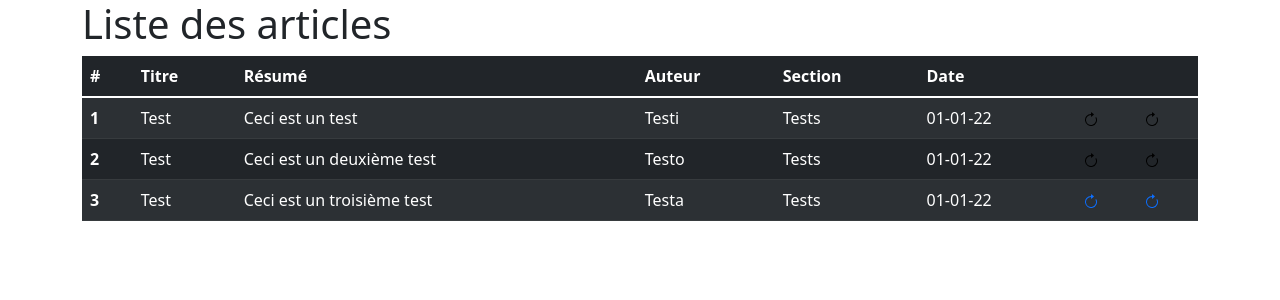
Repository: QuentinFayt/NewsWeb
Page: sources/adminNewsWeb/articlesList.html
An editor plug-in stored every save of this project. The page is shown before and after the next save, followed by the edit.
The browser window is 1280 px wide. The pictures show the whole page.

Above is the page before, as saved 2021-12-23 12:01:29.

### sources/adminNewsWeb/articlesList.html
<!doctype html>
<html lang="fr">

<head>
    <meta charset="utf-8">
    <meta name="viewport" content="width=device-width, initial-scale=1">
    <link href="https://cdn.jsdelivr.net/npm/bootstrap@5.1.3/dist/css/bootstrap.min.css" rel="stylesheet" integrity="sha384-1BmE4kWBq78iYhFldvKuhfTAU6auU8tT94WrHftjDbrCEXSU1oBoqyl2QvZ6jIW3" crossorigin="anonymous">
    <title>Liste des articles</title>
</head>

<body>
    <main class="container">
        <h1>Liste des articles</h1>
        <table class="table table-dark table-striped">
            <thead>
                <tr>
                    <th scope="col">#</th>
                    <th scope="col">Titre</th>
                    <th scope="col">Résumé</th>
                    <th scope="col">Auteur</th>
                    <th scope="col">Section</th>
                    <th scope="col">Date</th>
                    <th scope="col"></th>
                    <th scope="col"></th>
                </tr>
            </thead>
            <tbody>
                <tr>
                    <th scope="row">1</th>
                    <td>Test</td>
                    <td>Ceci est un test</td>
                    <td>Testi</td>
                    <td>Tests</td>
                    <td>01-01-22</td>
                    <td><a href=""><svg xmlns="http://www.w3.org/2000/svg" width="16" height="16" fill="dark" class="bi bi-arrow-clockwise" viewBox="0 0 16 16">
                                <path fill-rule="evenodd" d="M8 3a5 5 0 1 0 4.546 2.914.5.5 0 0 1 .908-.417A6 6 0 1 1 8 2v1z" />
                                <path d="M8 4.466V.534a.25.25 0 0 1 .41-.192l2.36 1.966c.12.1.12.284 0 .384L8.41 4.658A.25.25 0 0 1 8 4.466z" />
                            </svg></a></td>
                    <td><a href=""><svg xmlns="http://www.w3.org/2000/svg" width="16" height="16" fill="dark" class="bi bi-arrow-clockwise" viewBox="0 0 16 16">
                                <path fill-rule="evenodd" d="M8 3a5 5 0 1 0 4.546 2.914.5.5 0 0 1 .908-.417A6 6 0 1 1 8 2v1z" />
                                <path d="M8 4.466V.534a.25.25 0 0 1 .41-.192l2.36 1.966c.12.1.12.284 0 .384L8.41 4.658A.25.25 0 0 1 8 4.466z" />
                            </svg></a></td>
                </tr>
                <tr>
                    <th scope="row">2</th>
                    <td>Test</td>
                    <td>Ceci est un deuxième test</td>
                    <td>Testo</td>
                    <td>Tests</td>
                    <td>01-01-22</td>
                    <td><a href=""><svg xmlns="http://www.w3.org/2000/svg" width="16" height="16" fill="dark" class="bi bi-arrow-clockwise" viewBox="0 0 16 16">
                                <path fill-rule="evenodd" d="M8 3a5 5 0 1 0 4.546 2.914.5.5 0 0 1 .908-.417A6 6 0 1 1 8 2v1z" />
                                <path d="M8 4.466V.534a.25.25 0 0 1 .41-.192l2.36 1.966c.12.1.12.284 0 .384L8.41 4.658A.25.25 0 0 1 8 4.466z" />
                            </svg></a></td>
                    <td><a href=""><svg xmlns="http://www.w3.org/2000/svg" width="16" height="16" fill="dark" class="bi bi-arrow-clockwise" viewBox="0 0 16 16">
                                <path fill-rule="evenodd" d="M8 3a5 5 0 1 0 4.546 2.914.5.5 0 0 1 .908-.417A6 6 0 1 1 8 2v1z" />
                                <path d="M8 4.466V.534a.25.25 0 0 1 .41-.192l2.36 1.966c.12.1.12.284 0 .384L8.41 4.658A.25.25 0 0 1 8 4.466z" />
                            </svg></a></td>
                </tr>
                <tr>
                    <th scope="row">3</th>
                    <td>Test</td>
                    <td>Ceci est un troisième test</td>
                    <td>Testa</td>
                    <td>Tests</td>
                    <td>01-01-22</td>
                    <td><a href=""><svg xmlns="http://www.w3.org/2000/svg" width="16" height="16" fill="currentColor" class="bi bi-arrow-clockwise" viewBox="0 0 16 16">
                                <path fill-rule="evenodd" d="M8 3a5 5 0 1 0 4.546 2.914.5.5 0 0 1 .908-.417A6 6 0 1 1 8 2v1z" />
                                <path d="M8 4.466V.534a.25.25 0 0 1 .41-.192l2.36 1.966c.12.1.12.284 0 .384L8.41 4.658A.25.25 0 0 1 8 4.466z" />
                            </svg></a></td>
                    <td><a href=""><svg xmlns="http://www.w3.org/2000/svg" width="16" height="16" fill="currentColor" class="bi bi-arrow-clockwise" viewBox="0 0 16 16">
                                <path fill-rule="evenodd" d="M8 3a5 5 0 1 0 4.546 2.914.5.5 0 0 1 .908-.417A6 6 0 1 1 8 2v1z" />
                                <path d="M8 4.466V.534a.25.25 0 0 1 .41-.192l2.36 1.966c.12.1.12.284 0 .384L8.41 4.658A.25.25 0 0 1 8 4.466z" />
                            </svg></a></td>
                </tr>
            </tbody>
        </table>
    </main>
    <script src="https://cdn.jsdelivr.net/npm/bootstrap@5.1.3/dist/js/bootstrap.bundle.min.js" integrity="sha384-ka7Sk0Gln4gmtz2MlQnikT1wXgYsOg+OMhuP+IlRH9sENBO0LRn5q+8nbTov4+1p" crossorigin="anonymous"></script>
</body>

</html>

After the next save:
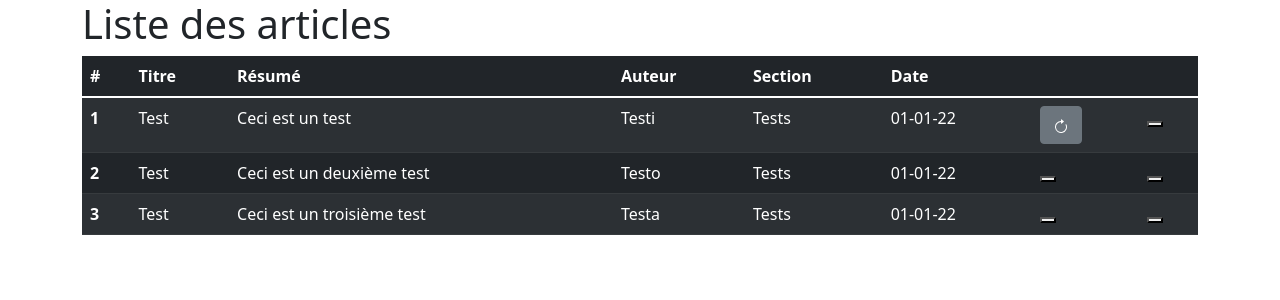
Saved 62 s later.
--- a/sources/adminNewsWeb/articlesList.html
+++ b/sources/adminNewsWeb/articlesList.html
@@ -32,14 +32,13 @@
                     <td>Testi</td>
                     <td>Tests</td>
                     <td>01-01-22</td>
-                    <td><a href=""><svg xmlns="http://www.w3.org/2000/svg" width="16" height="16" fill="dark" class="bi bi-arrow-clockwise" viewBox="0 0 16 16">
-                                <path fill-rule="evenodd" d="M8 3a5 5 0 1 0 4.546 2.914.5.5 0 0 1 .908-.417A6 6 0 1 1 8 2v1z" />
-                                <path d="M8 4.466V.534a.25.25 0 0 1 .41-.192l2.36 1.966c.12.1.12.284 0 .384L8.41 4.658A.25.25 0 0 1 8 4.466z" />
-                            </svg></a></td>
-                    <td><a href=""><svg xmlns="http://www.w3.org/2000/svg" width="16" height="16" fill="dark" class="bi bi-arrow-clockwise" viewBox="0 0 16 16">
-                                <path fill-rule="evenodd" d="M8 3a5 5 0 1 0 4.546 2.914.5.5 0 0 1 .908-.417A6 6 0 1 1 8 2v1z" />
-                                <path d="M8 4.466V.534a.25.25 0 0 1 .41-.192l2.36 1.966c.12.1.12.284 0 .384L8.41 4.658A.25.25 0 0 1 8 4.466z" />
-                            </svg></a></td>
+                    <td><button type="button" class="btn btn-secondary">
+                            <svg xmlns="http://www.w3.org/2000/svg" width="16" height="16" fill="currentColor" class="bi bi-arrow-clockwise" viewBox="0 0 16 16">
+                                <path fill-rule="evenodd" d="M8 3a5 5 0 1 0 4.546 2.914.5.5 0 0 1 .908-.417A6 6 0 1 1 8 2v1z"></path>
+                                <path d="M8 4.466V.534a.25.25 0 0 1 .41-.192l2.36 1.966c.12.1.12.284 0 .384L8.41 4.658A.25.25 0 0 1 8 4.466z"></path>
+                            </svg>
+                        </button></td>
+                    <td><button></button></td>
                 </tr>
                 <tr>
                     <th scope="row">2</th>
@@ -48,14 +47,8 @@
                     <td>Testo</td>
                     <td>Tests</td>
                     <td>01-01-22</td>
-                    <td><a href=""><svg xmlns="http://www.w3.org/2000/svg" width="16" height="16" fill="dark" class="bi bi-arrow-clockwise" viewBox="0 0 16 16">
-                                <path fill-rule="evenodd" d="M8 3a5 5 0 1 0 4.546 2.914.5.5 0 0 1 .908-.417A6 6 0 1 1 8 2v1z" />
-                                <path d="M8 4.466V.534a.25.25 0 0 1 .41-.192l2.36 1.966c.12.1.12.284 0 .384L8.41 4.658A.25.25 0 0 1 8 4.466z" />
-                            </svg></a></td>
-                    <td><a href=""><svg xmlns="http://www.w3.org/2000/svg" width="16" height="16" fill="dark" class="bi bi-arrow-clockwise" viewBox="0 0 16 16">
-                                <path fill-rule="evenodd" d="M8 3a5 5 0 1 0 4.546 2.914.5.5 0 0 1 .908-.417A6 6 0 1 1 8 2v1z" />
-                                <path d="M8 4.466V.534a.25.25 0 0 1 .41-.192l2.36 1.966c.12.1.12.284 0 .384L8.41 4.658A.25.25 0 0 1 8 4.466z" />
-                            </svg></a></td>
+                    <td><button></button></td>
+                    <td><button></button></td>
                 </tr>
                 <tr>
                     <th scope="row">3</th>
@@ -64,14 +57,8 @@
                     <td>Testa</td>
                     <td>Tests</td>
                     <td>01-01-22</td>
-                    <td><a href=""><svg xmlns="http://www.w3.org/2000/svg" width="16" height="16" fill="currentColor" class="bi bi-arrow-clockwise" viewBox="0 0 16 16">
-                                <path fill-rule="evenodd" d="M8 3a5 5 0 1 0 4.546 2.914.5.5 0 0 1 .908-.417A6 6 0 1 1 8 2v1z" />
-                                <path d="M8 4.466V.534a.25.25 0 0 1 .41-.192l2.36 1.966c.12.1.12.284 0 .384L8.41 4.658A.25.25 0 0 1 8 4.466z" />
-                            </svg></a></td>
-                    <td><a href=""><svg xmlns="http://www.w3.org/2000/svg" width="16" height="16" fill="currentColor" class="bi bi-arrow-clockwise" viewBox="0 0 16 16">
-                                <path fill-rule="evenodd" d="M8 3a5 5 0 1 0 4.546 2.914.5.5 0 0 1 .908-.417A6 6 0 1 1 8 2v1z" />
-                                <path d="M8 4.466V.534a.25.25 0 0 1 .41-.192l2.36 1.966c.12.1.12.284 0 .384L8.41 4.658A.25.25 0 0 1 8 4.466z" />
-                            </svg></a></td>
+                    <td><button></button></td>
+                    <td><button></button></td>
                 </tr>
             </tbody>
         </table>
